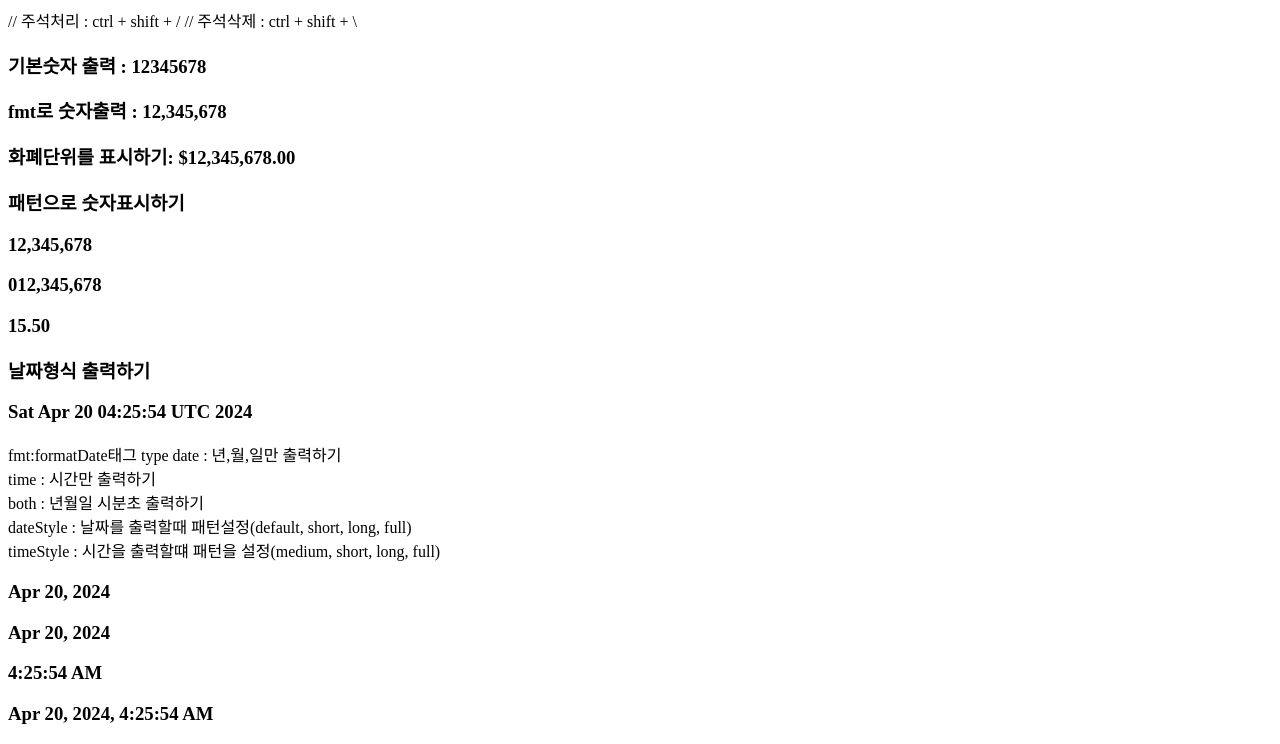
Repository: yongmin0309/mybatis1
Page: http://localhost/eL_JSTL/views/jstl/formattag.jsp
An editor plug-in stored every save of this project. The page is shown before and after the next save, followed by the edit.
The browser window is 1280 px wide. The pictures show the whole page.
The page is served by Tomcat 9.

Above is the page before, as saved 2024-04-20 08:21:37.

After the next save:
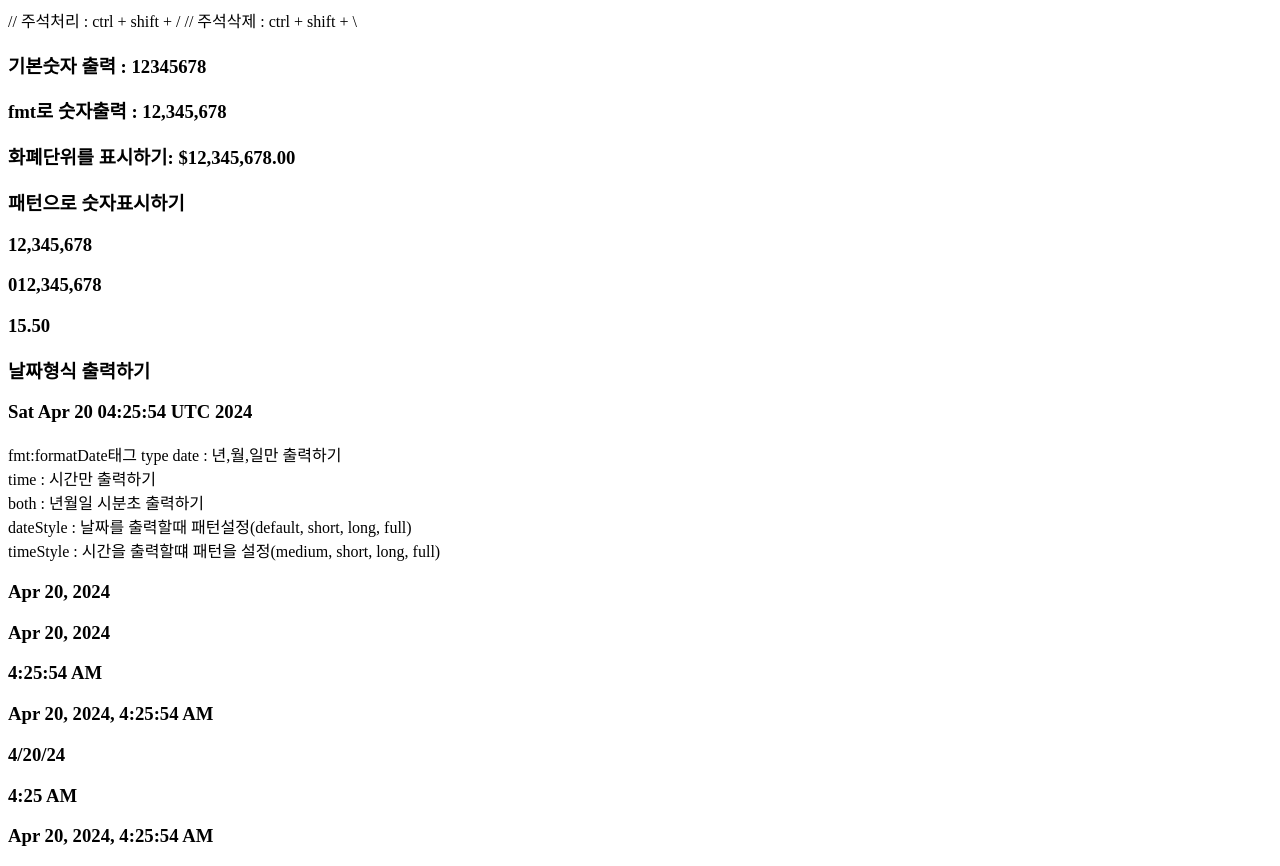
Saved 92 s later.
--- a/work/eL_JSTL/src/main/webapp/views/jstl/formattag.jsp
+++ b/work/eL_JSTL/src/main/webapp/views/jstl/formattag.jsp
@@ -44,6 +44,9 @@
 	<h3><fmt:formatDate value="${today }" type="date"/></h3>
 	<h3><fmt:formatDate value="${today }" type="time"/></h3>
 	<h3><fmt:formatDate value="${today }" type="both"/></h3>
+	<h3><fmt:formatDate value="${today }" type="date" dateStyle="short"/></h3>
+	<h3><fmt:formatDate value="${today }" type="time" timeStyle="short"/></h3>
+	<h3><fmt:formatDate value="${today }" type="both"/></h3>
 
 
 
